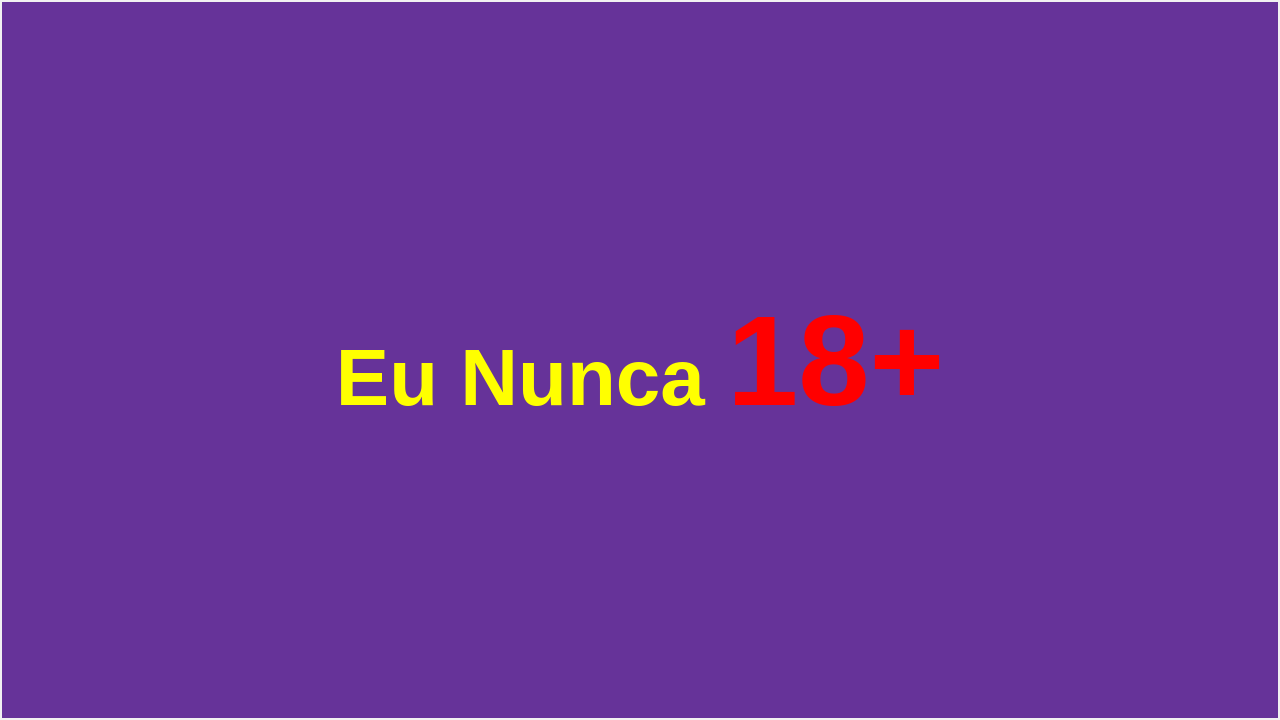
Repository: odiloalmeida/inever
Page: index.html
The author's editor kept a copy of each file at every save. The page is drawn from the files as they stood at one save, then again after the next save.
The browser window is 1280 px wide. The pictures show the whole page.

Above is the page before, as saved 2023-01-31 20:14:05.

After the next save:
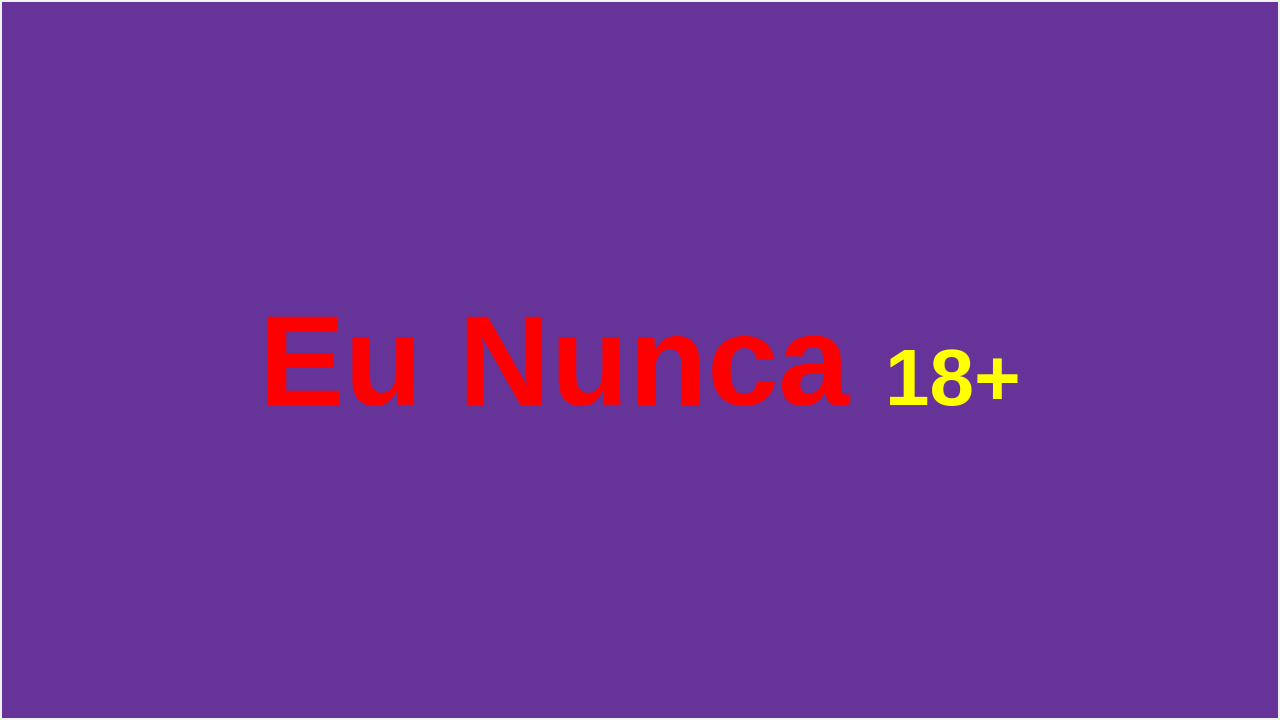
Saved 7 s later.
--- a/style.css
+++ b/style.css
@@ -25,12 +25,12 @@ button {
     padding: 5px;
 }
 
-button span2 {
+button span {
     color: yellow;
     font-size: 5rem;
 }
 
-button span {
+button span2 {
     color: red;
     font-size: 8rem;
 }

After the save that followed:
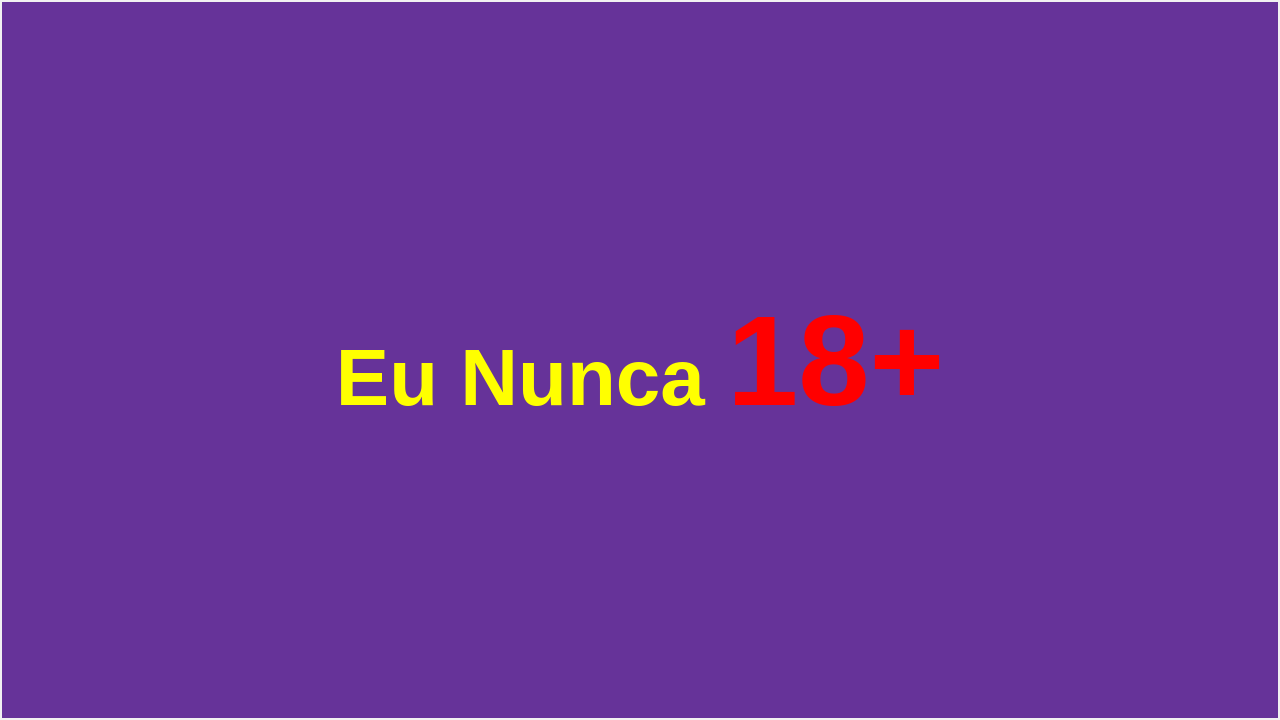
Saved 15 s later.
--- a/index.html
+++ b/index.html
@@ -10,7 +10,7 @@
 </head>
 
 <body>
-    <button id="myButton" onclick="changeButtonName()"><span2>Eu Nunca </span2> <span>18+</span></button>
+    <button id="myButton" onclick="changeButtonName()"><span>Eu Nunca </span> <span2>18+</span2></button>
 </body>
 
 <script>
